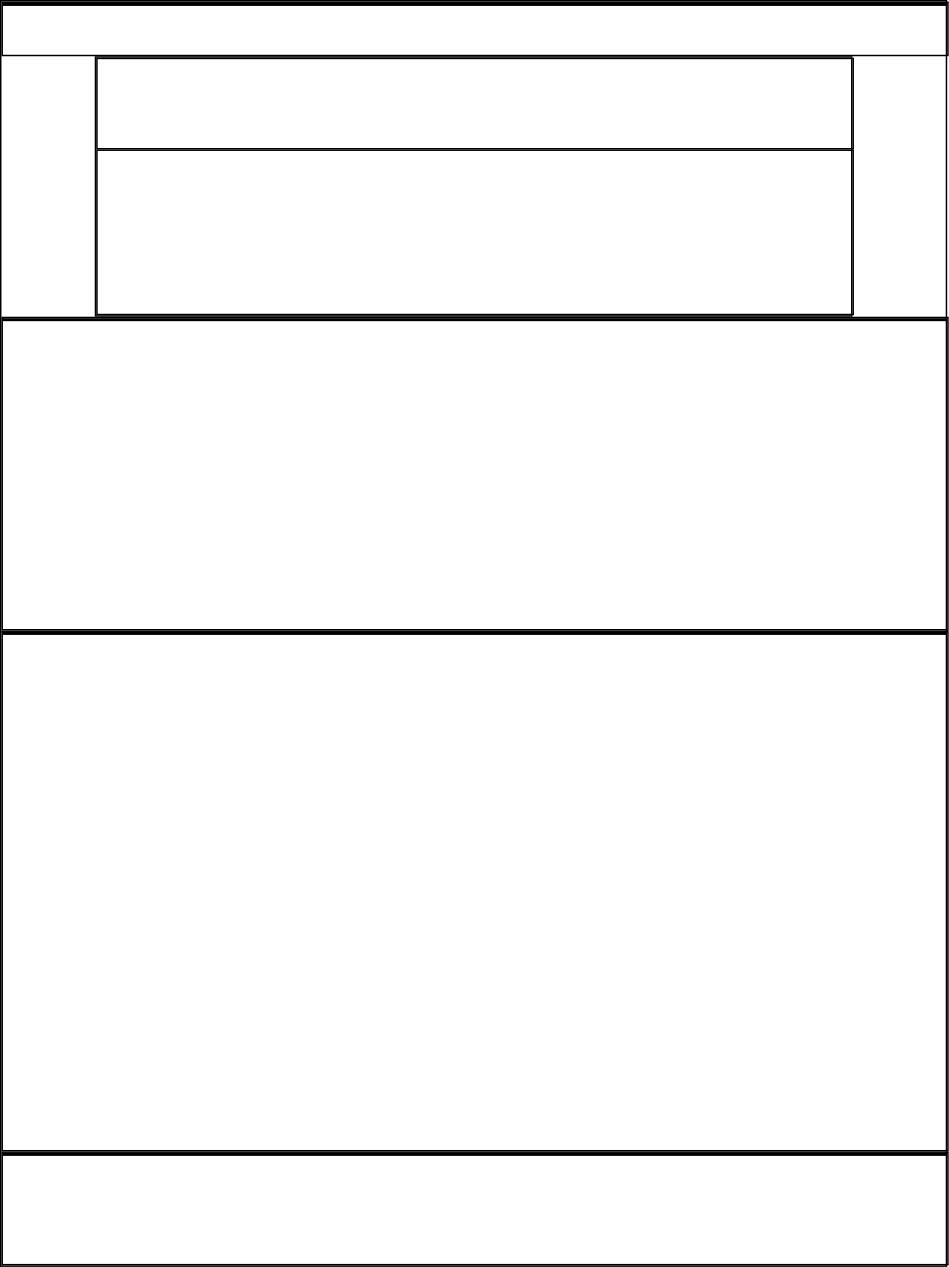
Repository: JHooniie/mini-Project
Page: http://localhost/Project-UIUX/index.jsp
An editor plug-in stored every save of this project. The page is shown before and after the next save, followed by the edit.
The browser window is 1280 px wide. The page is 1282 px wide, so the pictures cover 1282 px, including what lies to the right of the window. The pictures show the whole page, at 74% of full size.
The page is served by Tomcat 9.

Above is the page before, as saved 2022-07-02 08:24:25.

After the next save:
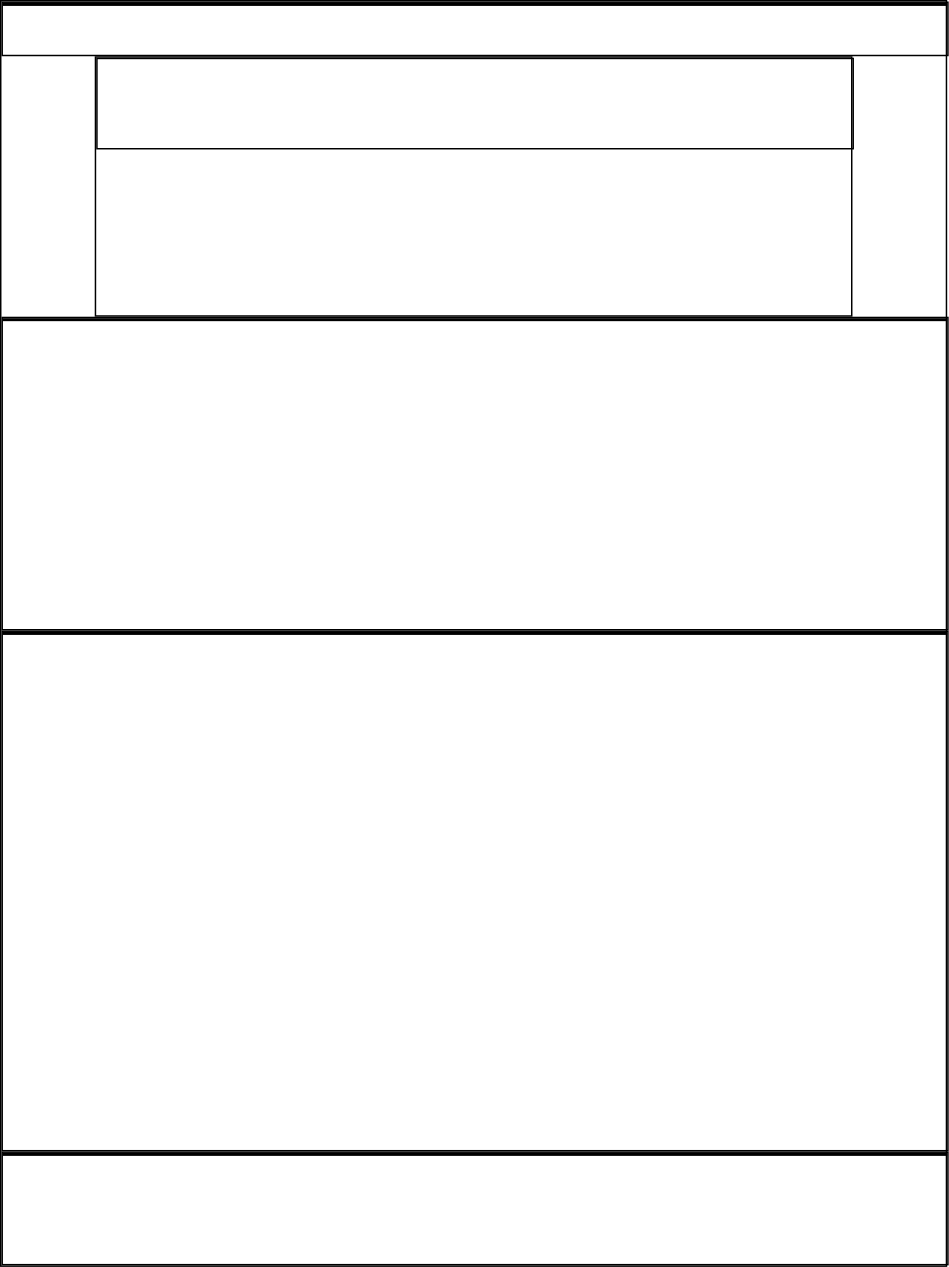
Saved 74 s later.
--- a/Project-UIUX/src/main/webapp/css/index.css
+++ b/Project-UIUX/src/main/webapp/css/index.css
@@ -32,7 +32,7 @@ ul {
 	width:100%;
 	height:220px;
 	margin:0;
-	visible:hidden;
+	visibility:hidden;
 
 }
 
